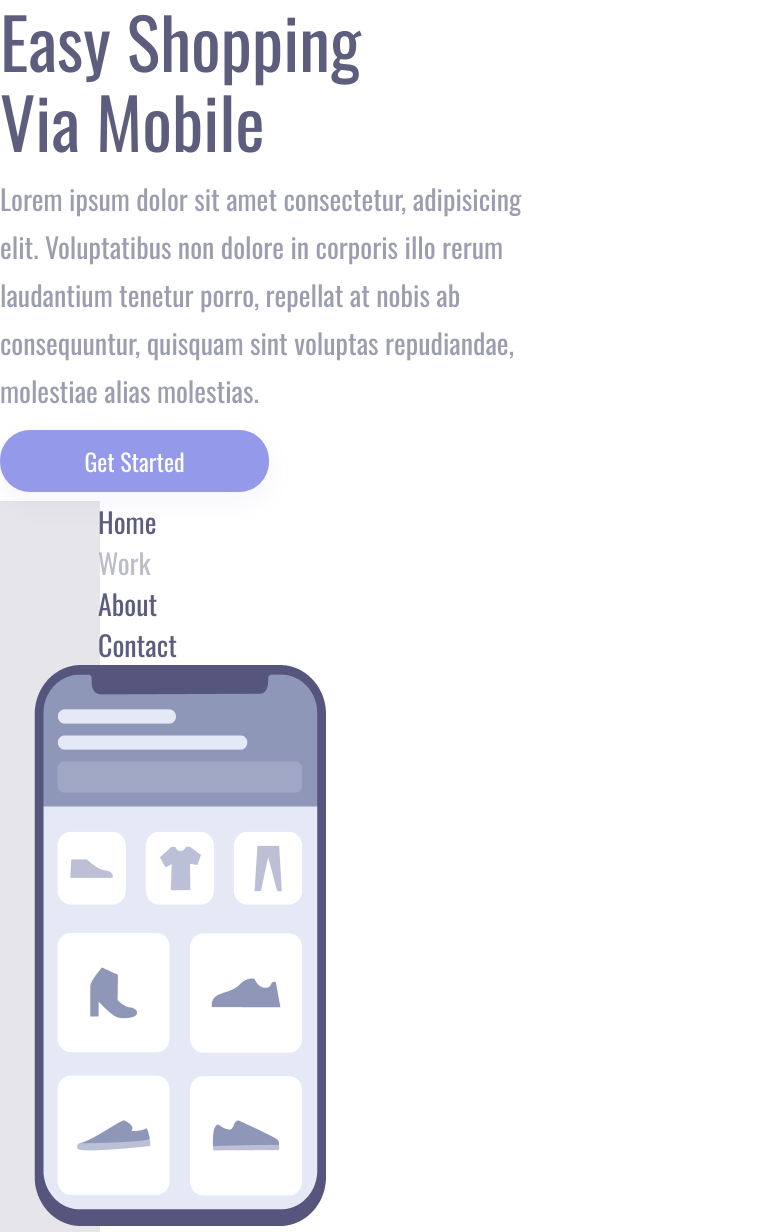
Repository: DihOliver/Projeto-Responsivo
Page: index.html
The author's editor kept a copy of each file at every save. The page is drawn from the files as they stood at one save, then again after the next save.
The browser window is 768 px wide. The pictures show the whole page.
Some web fonts or font styles are not loaded; a fallback is used.

Above is the page before, as saved 2023-06-14 18:27:17.

After the next save:
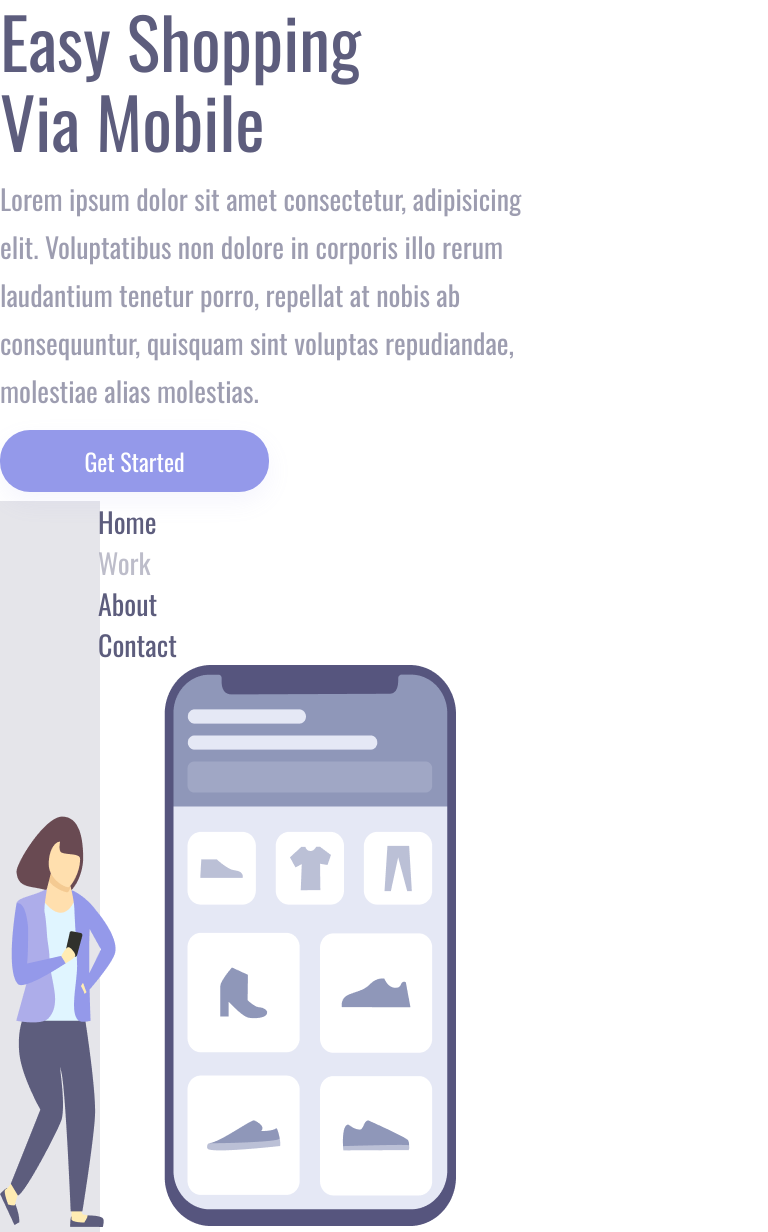
Saved 2 min 7 s later.
--- a/styles.css
+++ b/styles.css
@@ -122,4 +122,8 @@ button {
             width: 100px;
             position: static;
         }
+
+        img {
+            position: static;
+        }
     }
